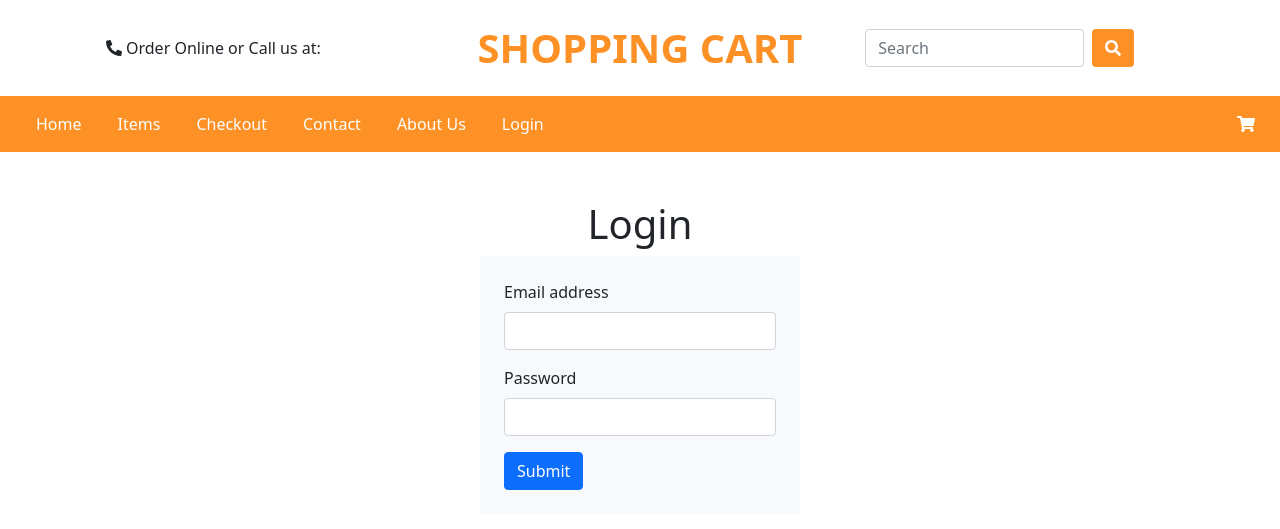
Repository: SaudCh/React-Ecommerce
Page: /login
An editor plug-in stored every save of this project. The page is shown before and after the next save, followed by the edit.
The browser window is 1280 px wide. The pictures show the whole page.
The project was rebuilt for these pictures with package versions that can differ from the ones it lists, and the page was loaded fresh each time. Also part of the build but not shown: src/App.css, src/Home/Carousel.jsx, src/Home/home.jsx.

Above is the page before, as saved 2021-12-05 19:15:55.

After the next save:
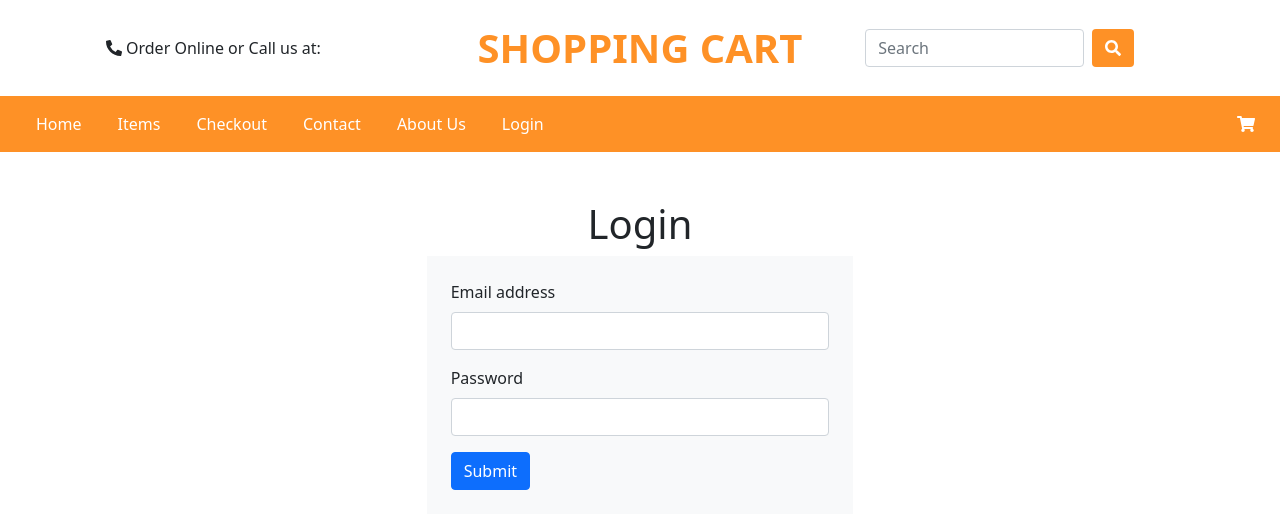
Saved 19 s later.
--- a/src/Login/Login.jsx
+++ b/src/Login/Login.jsx
@@ -5,7 +5,7 @@ export default function Login() {
     <div className="text-center py-5">
       <p className="p-0 m-0 h1 mb-2">Login</p>
       <form
-        className="col-10 col-sm-6 col-md-3 text-start bg-light p-4"
+        className="col-10 col-sm-6 col-md-4 text-start bg-light p-4"
         style={{ margin: "0px auto" }}
       >
         <div class="mb-3">
